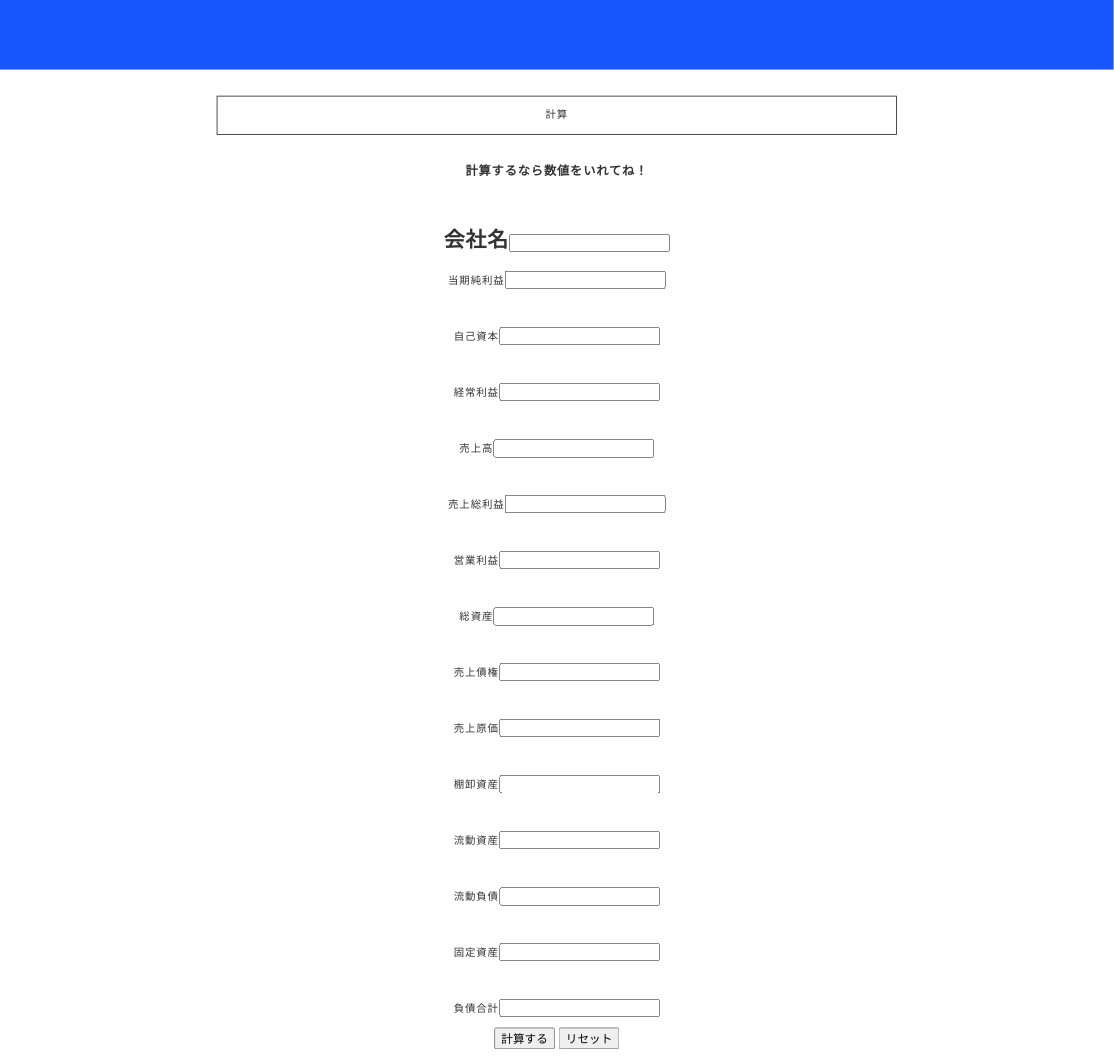
Repository: esk04/Keisanchan
Page: http://localhost/Keisanchan/keisan.jsp
An editor plug-in stored every save of this project. The page is shown before and after the next save, followed by the edit.
The browser window is 1280 px wide. The pictures show the whole page, at 87% of full size.
The page is served by Tomcat 9.

Above is the page before, as saved 2018-08-28 06:30:00.

After the next save:
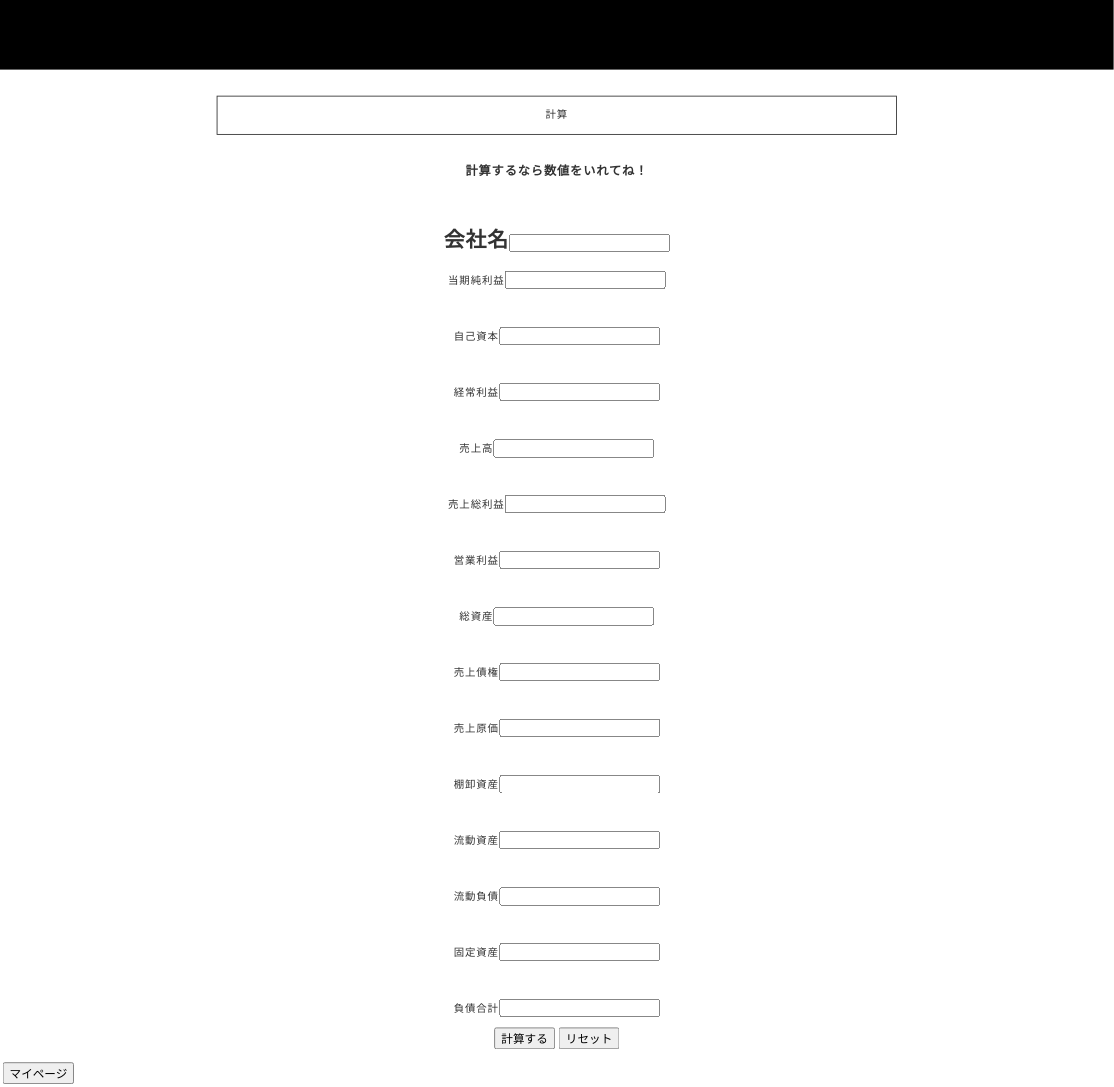
Saved 13 min 2 s later.
--- a/Keisanchan/WebContent/keisan.jsp
+++ b/Keisanchan/WebContent/keisan.jsp
@@ -35,7 +35,7 @@
    #header{
      width:100%;
      height:80px;
-     background-color:#1655FF;
+     background-color:black;
    }
    #main{
      width:100%;
@@ -45,7 +45,7 @@
    #footer{
      width:100%;
      height:80px;
-     background-color:#1655FF;
+     background-color:black;
      clear:both;
    }
    #text-center{
@@ -68,10 +68,6 @@
 
        <br/>
 
-       <s:form action="KeisanAction">
-
-
-
  <s:form action="KeisanAction">
  <h1>会社名<input type="text" name="company_name" value=""></h1>
 <p>当期純利益<input type="number" name="toki" value=""><p/>
@@ -89,17 +85,14 @@
 <br><p>固定資産<input type="number" name="kotei_assets" value=""></p>
 <br><p>負債合計<input type="number" name="total_fusai" value=""></p>
 
-
-
-
-
-
-
 <p><input type="submit" value="計算する"> <input type="reset" value="リセット"></p>
 </s:form>
 
 
+<s:form action="MyPageAction">
+<s:submit value="マイページ"/>
 </s:form>
+
 
        <div id="text-link">
 
